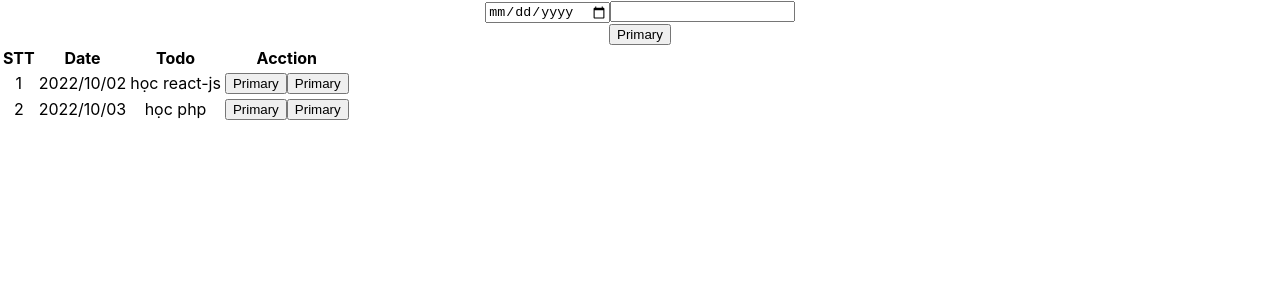
Repository: vanviet99/bietitmatit
Page: /
These files come from the project's save history. The page is drawn as it stood at one moment and after a run of saves; the edit follows.
The browser window is 1280 px wide. The pictures show the whole page.
The project was rebuilt for these pictures with package versions that can differ from the ones it lists, and the page was loaded fresh each time.

Above is the page before, as saved 2022-10-03 21:21:03.

### src/App.js

import React, { useState } from 'react';
import './App.css';
import data from './data';

function App() {
   const [list,setList] = useState(data)
  return (
    <div className="App">
     <React.Fragment>
     <div className="input-group mb-3">
     <input  type="date" className="form-control" aria-label="Sizing example input" aria-describedby="inputGroup-sizing-default"></input>
      <input  type="text" className="form-control" aria-label="Sizing example input" aria-describedby="inputGroup-sizing-default"></input>
    </div>
    <button type="button" className="btn btn-primary">Primary</button>
    <div>
    <table className="table">
  <thead>
    <tr>
      <th scope="col">STT</th>
      <th scope="col">Date</th>
      <th scope="col">Todo</th>
      <th scope="col">Acction</th>
    </tr>
  </thead>
  <tbody>
  {list.map(function(value,index){
        return (
          <tr key={index}>
            <td>{index+1}</td>
            <td>{value.date}</td>
            <td>{value.do}</td>
            <td>
            <button type="button" className="btn btn-primary bg">Primary</button>
            <button type="button" className="btn btn-primary bg">Primary</button>
            </td>
          </tr>
        )
      })}
  </tbody>
</table>
    </div>
     </React.Fragment>
    </div>
  );
}

export default App;

### src/App.css
.App {
  text-align: center;
}
.bg{

}
.App-logo {
  height: 40vmin;
  pointer-events: none;
}

@media (prefers-reduced-motion: no-preference) {
  .App-logo {
    animation: App-logo-spin infinite 20s linear;
  }
}

.App-header {
  background-color: #282c34;
  min-height: 100vh;
  display: flex;
  flex-direction: column;
  align-items: center;
  justify-content: center;
  font-size: calc(10px + 2vmin);
  color: white;
}

.App-link {
  color: #61dafb;
}

@keyframes App-logo-spin {
  from {
    transform: rotate(0deg);
  }
  to {
    transform: rotate(360deg);
  }
}

### src/data.js
 let list = [
    {
        date: '2022/10/02', do: 'học react-js'
    },
    {
        date: '2022/10/03', do: 'học php'
    }
 ]

 export default list;

Loaded but not shown: src/index.js (common file); src/index.css (common file); src/reportWebVitals.js (common file)

After the next 2 saves:
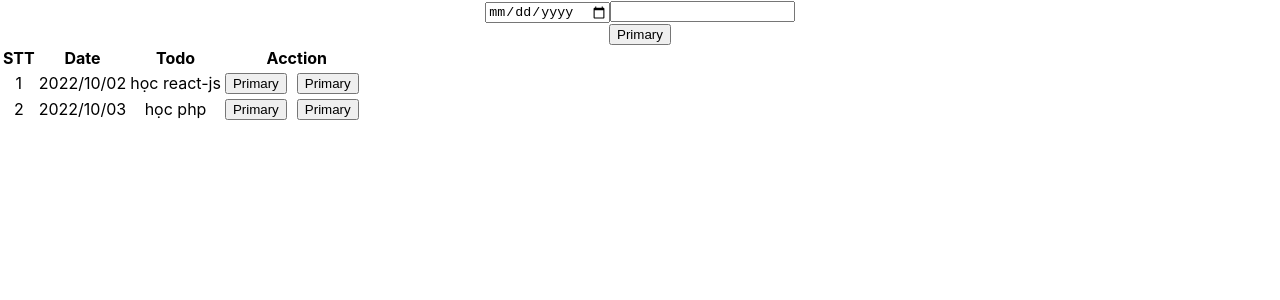
The 2 saves are shown as one change because they came seconds apart.
The last was saved 6 s later.
--- a/src/App.css
+++ b/src/App.css
@@ -2,7 +2,7 @@
   text-align: center;
 }
 .bg{
-
+  margin-right: 10px;
 }
 .App-logo {
   height: 40vmin;
